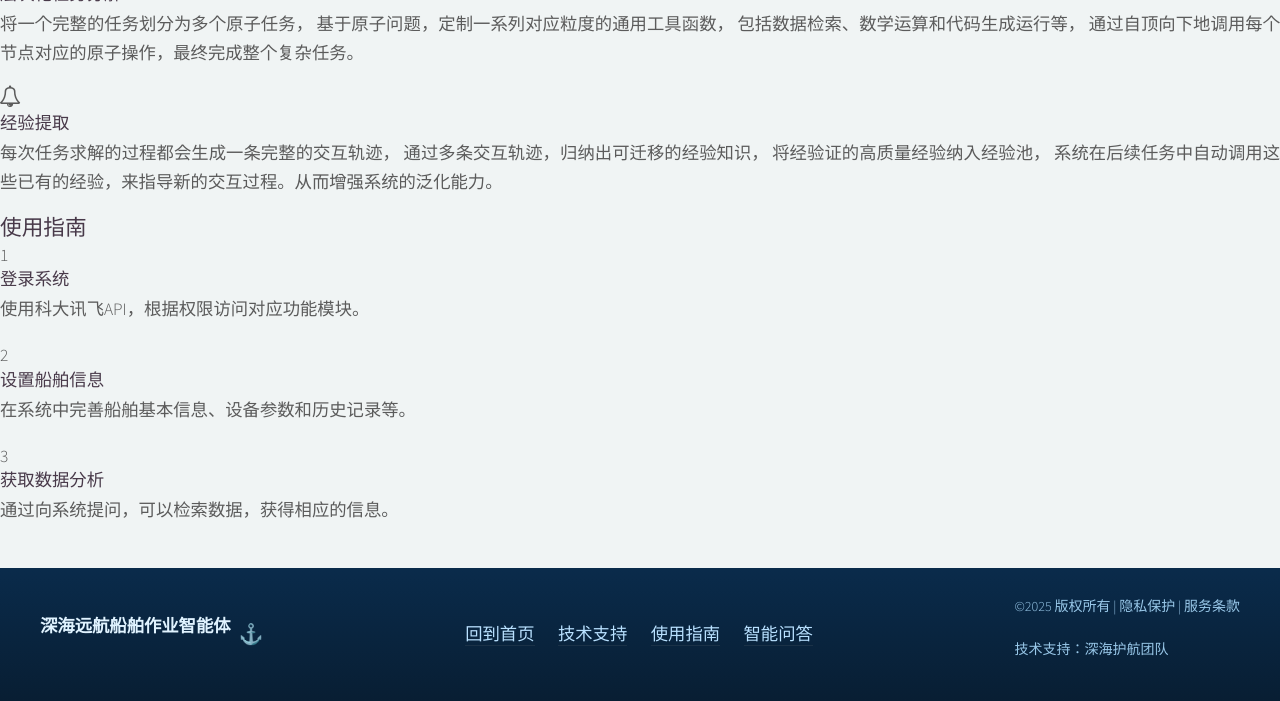
Repository: ShiCheng0104/AIC
Page: QingJing-agent/前端/深海远航船舶作业智能体/About.html
The author's editor kept a copy of each file at every save. The page is drawn from the files as they stood at one save, then again after the next save.
The browser window is 1280 px wide. The pictures show the part of the page from y = 565 to 1517 px (the page is 1266 px tall before and 1517 px after).
Backgrounds fixed to the window are drawn as part of the page.

Above is the page before, as saved 2025-07-03 13:50:08.

After the next save:
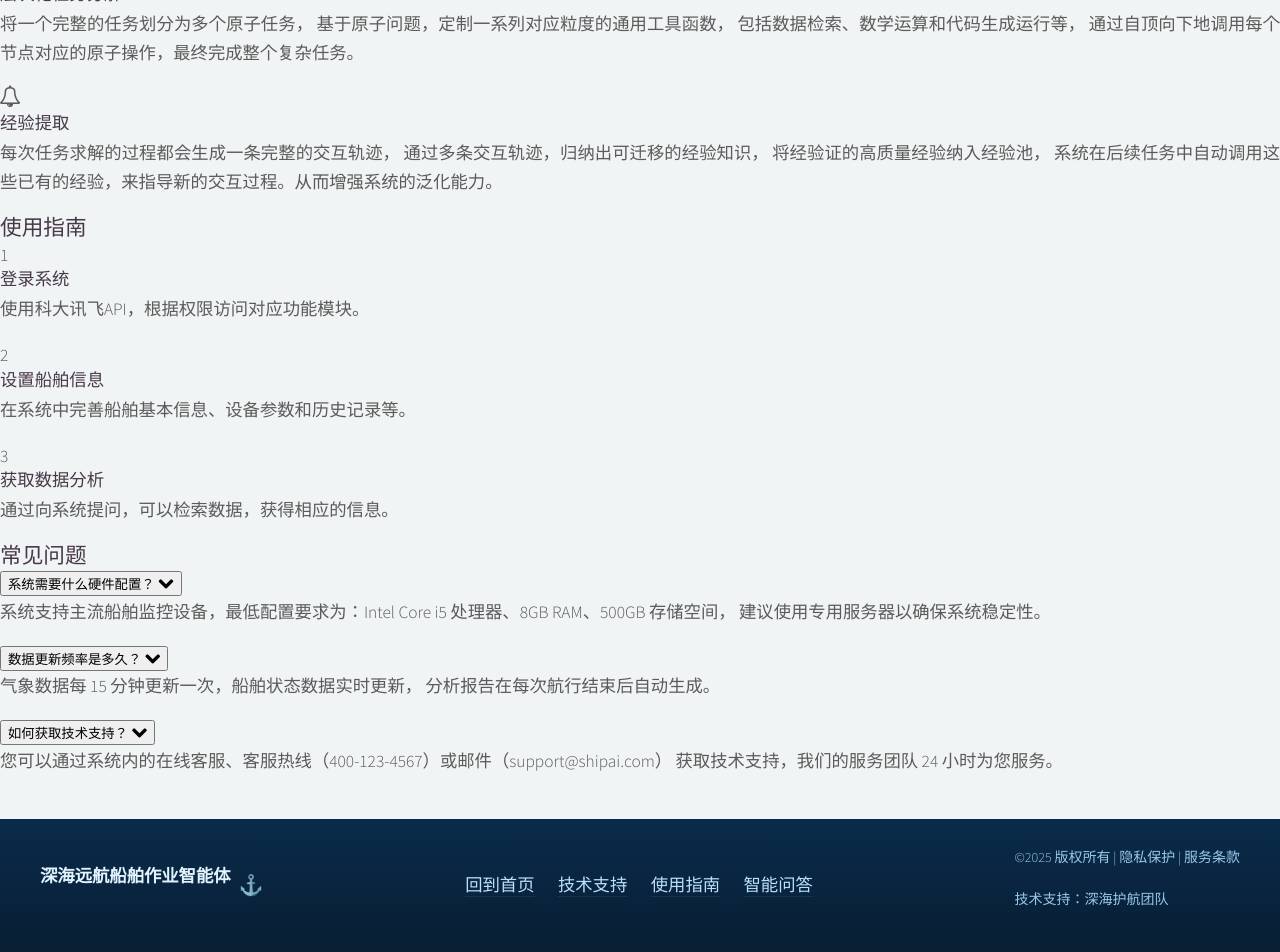
Saved 7 s later.
--- a/QingJing-agent/前端/深海远航船舶作业智能体/About.html
+++ b/QingJing-agent/前端/深海远航船舶作业智能体/About.html
@@ -179,7 +179,59 @@
 					</div>
 				</div>
 
-
+				<!-- 常见问题 -->
+				<div class="p-6">
+					<h3 class="text-xl font-semibold text-dark mb-6">常见问题</h3>
+
+					<div class="space-y-4">
+						<!-- FAQ 项目 1 -->
+						<div class="border border-neutralDark rounded-lg overflow-hidden">
+							<button
+								class="w-full px-6 py-4 text-left font-medium text-dark flex justify-between items-center hover:bg-gray-50 transition-colors">
+								<span>系统需要什么硬件配置？</span>
+								<i class="fa fa-chevron-down text-gray-400 transition-transform"></i>
+							</button>
+							<div class="px-6 py-4 bg-gray-50 border-t border-neutralDark">
+								<p class="text-gray-600">
+									系统支持主流船舶监控设备，最低配置要求为：Intel Core i5 处理器、8GB RAM、500GB 存储空间，
+									建议使用专用服务器以确保系统稳定性。
+								</p>
+							</div>
+						</div>
+
+						<!-- FAQ 项目 2 -->
+						<div class="border border-neutralDark rounded-lg overflow-hidden">
+							<button
+								class="w-full px-6 py-4 text-left font-medium text-dark flex justify-between items-center hover:bg-gray-50 transition-colors">
+								<span>数据更新频率是多久？</span>
+								<i class="fa fa-chevron-down text-gray-400 transition-transform"></i>
+							</button>
+							<div class="px-6 py-4 bg-gray-50 border-t border-neutralDark hidden">
+								<p class="text-gray-600">
+									气象数据每 15 分钟更新一次，船舶状态数据实时更新，
+									分析报告在每次航行结束后自动生成。
+								</p>
+							</div>
+						</div>
+
+						<!-- FAQ 项目 3 -->
+						<div class="border border-neutralDark rounded-lg overflow-hidden">
+							<button
+								class="w-full px-6 py-4 text-left font-medium text-dark flex justify-between items-center hover:bg-gray-50 transition-colors">
+								<span>如何获取技术支持？</span>
+								<i class="fa fa-chevron-down text-gray-400 transition-transform"></i>
+							</button>
+							<div class="px-6 py-4 bg-gray-50 border-t border-neutralDark hidden">
+								<p class="text-gray-600">
+									您可以通过系统内的在线客服、客服热线（400-123-4567）或邮件（support@shipai.com）
+									获取技术支持，我们的服务团队 24 小时为您服务。
+								</p>
+							</div>
+						</div>
+					</div>
+				</div>
+				</div>
+				</main>
 
 			</div>
 
